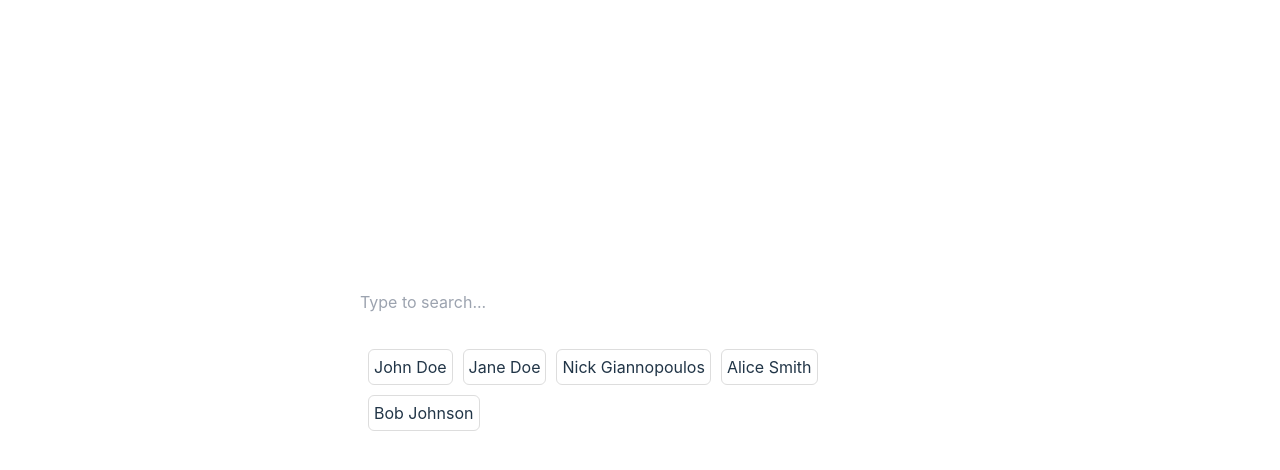
Repository: Ayansaxena24/Chip
Page: /
The author's editor kept a copy of each file at every save. The page is drawn from the files as they stood at one save, then again after the next save.
The browser window is 1280 px wide. The pictures show the whole page.
Some web libraries are served in a nearby version. The project was rebuilt for these pictures with package versions that can differ from the ones it lists, and the page was loaded fresh each time. Also part of the build but not shown: vite.config.ts, src/ChipInput.css.

Above is the page before, as saved 2024-01-16 03:51:54.

After the next save:
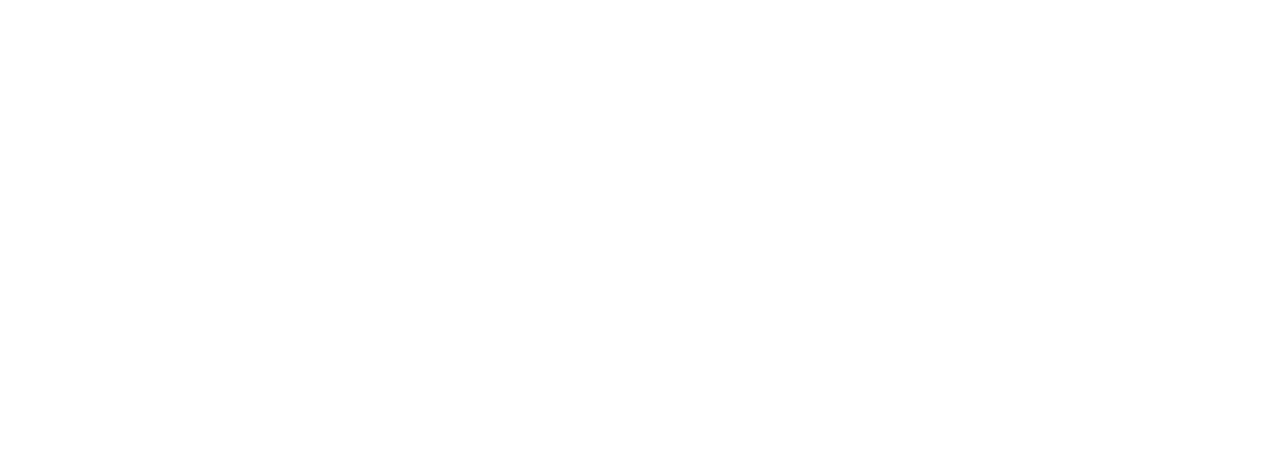
Console error: ReferenceError: chip is not defined
Saved 17 s later.
--- a/src/ChipInput.tsx
+++ b/src/ChipInput.tsx
@@ -72,13 +72,13 @@
   };
 
   return (
-    <div className="w-screen flex justify-center items-center">
+    <div className="w-screen flex justify-center items-center bg-green-300">
       <div className="flex flex-col w-[80vh]">
         <div className="flex flex-wrap">
           {chips.map((chip) => (
             <div
               key={chip.id}
-              className="bg-[#037bfc] text-white mt-20 rounded-md m-[5px] pr-[30px] pl-[10px] py-[12px] cursor-pointer flex items-center relative"
+              className="bg-[#037bfc] text-white rounded-md m-[5px] pr-[30px] pl-[10px] py-[12px] cursor-pointer flex items-center relative"
               onClick={() => handleChipRemove(chip.id)}
             >
               {chip.label}
@@ -92,10 +92,10 @@
             onChange={handleInputChange}
             onKeyDown={handleInputKeyDown}
             placeholder="Type to search..."
-            className="rounded-md w-[80vh] pl-2 py-4 fixed"
+            className="rounded-md w-full pl-2 py-4"
           />
         </div>
-        <ul className={`${chips.length !== 5 ? "mt-16 cursor-pointer p-[5px] m-[5px] border-white rounded-md border-[1px] border-solid flex flex-wrap" : ""}`}>
+        <ul className={`${chip.length}cursor-pointer p-[5px] m-[5px] border-white rounded-md border-[1px] border-solid flex flex-wrap`}>
           {filteredItems.map((item) => (
             <li className="cursor-pointer p-[5px] m-[5px] border-[1px] border-[#ddd] rounded-md hover:text-black hover:bg-white duration-300 ease-in-out hover:scale-105" key={item} onClick={() => handleChipClick(item)}>
               {item}

After the 2 saves that followed:
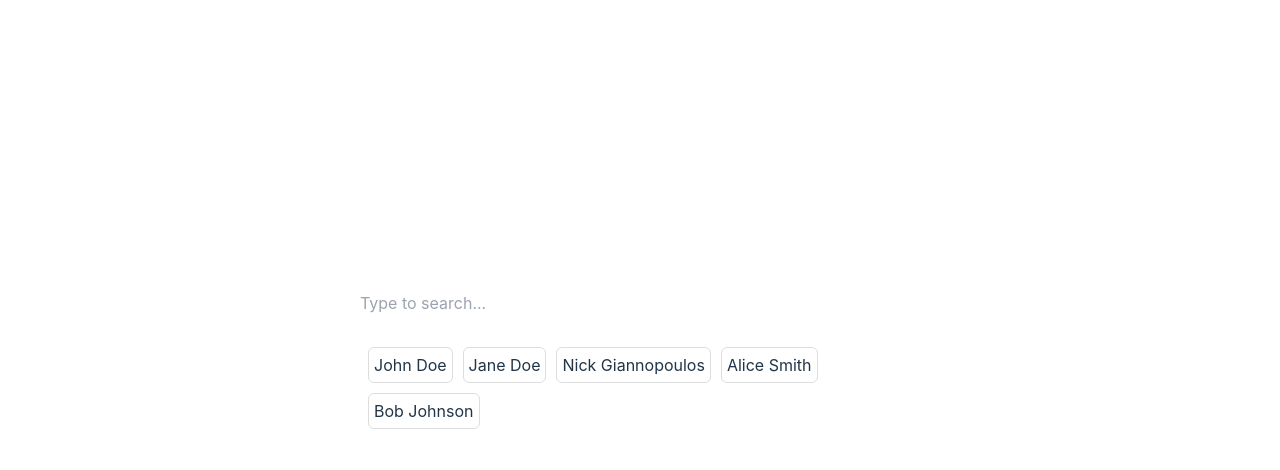
The error is gone.
The 2 saves are shown as one change because they came seconds apart.
The last was saved 10 s later.
--- a/src/ChipInput.tsx
+++ b/src/ChipInput.tsx
@@ -72,7 +72,7 @@
   };
 
   return (
-    <div className="w-screen flex justify-center items-center bg-green-300">
+    <div className="w-screen flex justify-center items-center bg-green-">
       <div className="flex flex-col w-[80vh]">
         <div className="flex flex-wrap">
           {chips.map((chip) => (
@@ -95,7 +95,7 @@
             className="rounded-md w-full pl-2 py-4"
           />
         </div>
-        <ul className={`${chip.length}cursor-pointer p-[5px] m-[5px] border-white rounded-md border-[1px] border-solid flex flex-wrap`}>
+        <ul className={`${chips.length !== 5 ? "cursor-pointer p-[5px] m-[5px] border-white rounded-md border-[1px] border-solid flex flex-wrap" : ""}`}>
           {filteredItems.map((item) => (
             <li className="cursor-pointer p-[5px] m-[5px] border-[1px] border-[#ddd] rounded-md hover:text-black hover:bg-white duration-300 ease-in-out hover:scale-105" key={item} onClick={() => handleChipClick(item)}>
               {item}
